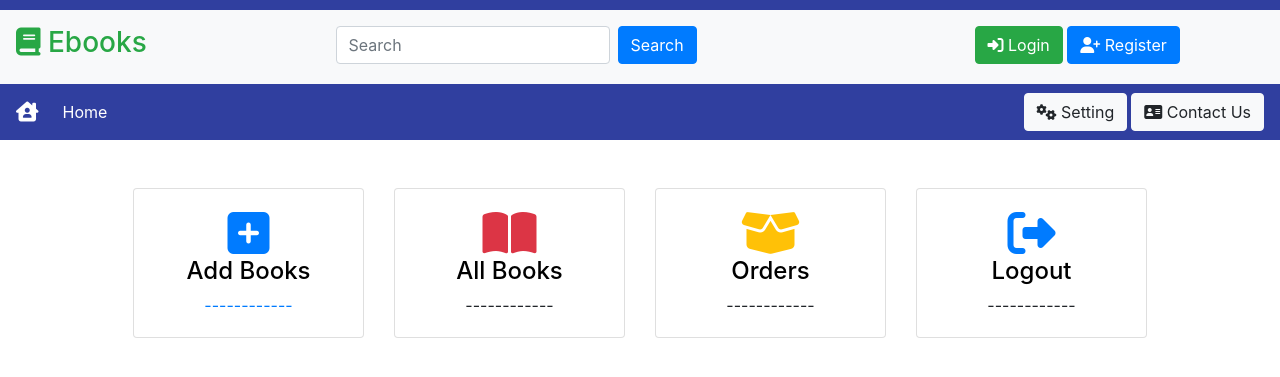
Repository: chittaranjan24/E-Books_Management_System
Page: http://localhost/Ebook-App/admin/home.jsp
An editor plug-in stored every save of this project. The page is shown before and after the next save, followed by the edit.
The browser window is 1280 px wide. The pictures show the whole page.
Some web libraries are served in a nearby version. The page is served by Tomcat 9. Other server files are loaded and not shown.

Above is the page before, as saved 2023-08-26 15:03:47.

### Ebook-App/src/main/webapp/admin/home.jsp

<%@ page language="java" contentType="text/html; charset=ISO-8859-1"
	pageEncoding="ISO-8859-1"%>
<!DOCTYPE html>
<html>
<head>
<meta charset="ISO-8859-1">
<title>Admin: Home</title>
<%@include file="allCss.jsp"%>

<style type="text/css">
h4{
text-decoration: none;
color:black;
}
</style>

</head>
<body>
	<%@include file="navbar.jsp"%>

	<div class="container">
		<div class="row p-5">
			<div class="col-md-3">
				<a href="add-books.jsp">
					<div class="card">
						<div class="card-body text-center">
							<i class="fa-solid fa-square-plus fa-3x text-primary"></i><br>
							<h4>Add Books</h4>
							------------
						</div>
					</div>
				</a>
			</div>

			<div class="col-md-3 ">
				<div class="card">
					<div class="card-body text-center">
						<i class="fa-solid fa-book-open fa-3x text-danger"></i><br>
						<h4>All Books</h4>
						------------
					</div>
				</div>
			</div>

			<div class="col-md-3">
				<div class="card">
					<div class="card-body text-center">
						<i class="fa-solid fa-box-open fa-3x text-warning"></i><br>
						<h4>Orders</h4>
						------------
					</div>
				</div>
			</div>

			<div class="col-md-3">
				<div class="card">
					<div class="card-body text-center">
						<i class="fa-solid fa-right-from-bracket fa-3x text-primary"></i><br>
						<h4>Logout</h4>
						------------
					</div>
				</div>
			</div>

		</div>
	</div>

</body>
</html>

### Ebook-App/src/main/webapp/admin/allCss.jsp
<link rel="stylesheet"
	href="https://cdn.jsdelivr.net/npm/bootstrap@4.0.0/dist/css/bootstrap.min.css"
	integrity="sha384-Gn5384xqQ1aoWXA+058RXPxPg6fy4IWvTNh0E263XmFcJlSAwiGgFAW/dAiS6JXm"
	crossorigin="anonymous">


<script src="https://code.jquery.com/jquery-3.2.1.slim.min.js"
	integrity="sha384-KJ3o2DKtIkvYIK3UENzmM7KCkRr/rE9/Qpg6aAZGJwFDMVNA/GpGFF93hXpG5KkN"
	crossorigin="anonymous"></script>
<script
	src="https://cdn.jsdelivr.net/npm/popper.js@1.12.9/dist/umd/popper.min.js"
	integrity="sha384-ApNbgh9B+Y1QKtv3Rn7W3mgPxhU9K/ScQsAP7hUibX39j7fakFPskvXusvfa0b4Q"
	crossorigin="anonymous"></script>
<script
	src="https://cdn.jsdelivr.net/npm/bootstrap@4.0.0/dist/js/bootstrap.min.js"
	integrity="sha384-JZR6Spejh4U02d8jOt6vLEHfe/JQGiRRSQQxSfFWpi1MquVdAyjUar5+76PVCmYl"
	crossorigin="anonymous"></script>


<link rel="stylesheet"
	href="https://cdnjs.cloudflare.com/ajax/libs/font-awesome/6.4.2/css/all.min.css"
	integrity="sha512-z3gLpd7yknf1YoNbCzqRKc4qyor8gaKU1qmn+CShxbuBusANI9QpRohGBreCFkKxLhei6S9CQXFEbbKuqLg0DA=="
	crossorigin="anonymous" referrerpolicy="no-referrer" />


<link rel="stylesheet" href="style.css">

### Ebook-App/src/main/webapp/admin/navbar.jsp

<div class="container-fluid"
	style="height: 10px; background-color: #303f9f"></div>

<div class="container-fluid p-3 bg-light">
	<div class="row">
		<div class="col-md-3 text-success">
			<h3>
				<i class="fa-solid fa-book"></i> Ebooks
			</h3>
		</div>
		<div class="col-md-6">
			<form class="form-inline my-2 my-lg-0">
				<input class="form-control mr-sm-2" type="search"
					placeholder="Search" aria-label="Search">
				<button class="btn btn-primary my-2 my-sm-0" type="submit">Search</button>
			</form>
		</div>

		<div class="col-md-3">
			<a href="login.jsp" class="btn btn-success"><i
				class="fa-solid fa-right-to-bracket"></i> Login</a> <a
				href="register.jsp" class="btn btn-primary text-white"><i
				class="fa-solid fa-user-plus"></i> Register</a>
		</div>

	</div>
</div>


<nav class="navbar navbar-expand-lg navbar-dark bg-custom">
	<a class="navbar-brand" href="#"> <i
		class="fa-solid fa-house-chimney-user"></i>
	</a>
	<button class="navbar-toggler" type="button" data-toggle="collapse"
		data-target="#navbarSupportedContent"
		aria-controls="navbarSupportedContent" aria-expanded="false"
		aria-label="Toggle navigation">
		<span class="navbar-toggler-icon"></span>
	</button>

	<div class="collapse navbar-collapse" id="navbarSupportedContent">
		<ul class="navbar-nav mr-auto">
			<li class="nav-item active"><a class="nav-link" href="#">Home
					<span class="sr-only">(current)</span>
			</a></li>

		</ul>
		<form class="form-inline my-2 my-lg-0">

			<button class="btn btn-light my-2 my-sm-0" type="submit">
				<i class="fa-solid fa-gears"></i> Setting
			</button>
			<button class="btn btn-light my-2 my-sm-0 ml-1" type="submit">
				<i class="fa-solid fa-address-card"></i> Contact Us
			</button>

		</form>
	</div>
</nav>

### Ebook-App/src/main/webapp/admin/style.css
.bg-custom{
	background-color: #303f9f;
}

.navbar .nav-item:hover .nav-link {
	background-color: white;
	color: #303f9f;
	border-radius: 15px;
}

After the next save:
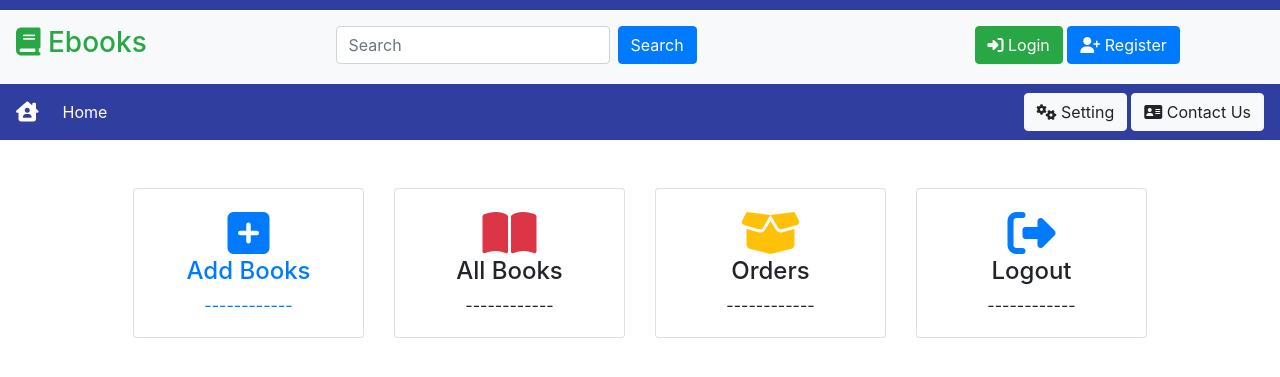
Saved 15 s later.
--- a/Ebook-App/src/main/webapp/admin/home.jsp
+++ b/Ebook-App/src/main/webapp/admin/home.jsp
@@ -9,7 +9,7 @@
 <%@include file="allCss.jsp"%>
 
 <style type="text/css">
-h4{
+a.h4{
 text-decoration: none;
 color:black;
 }
